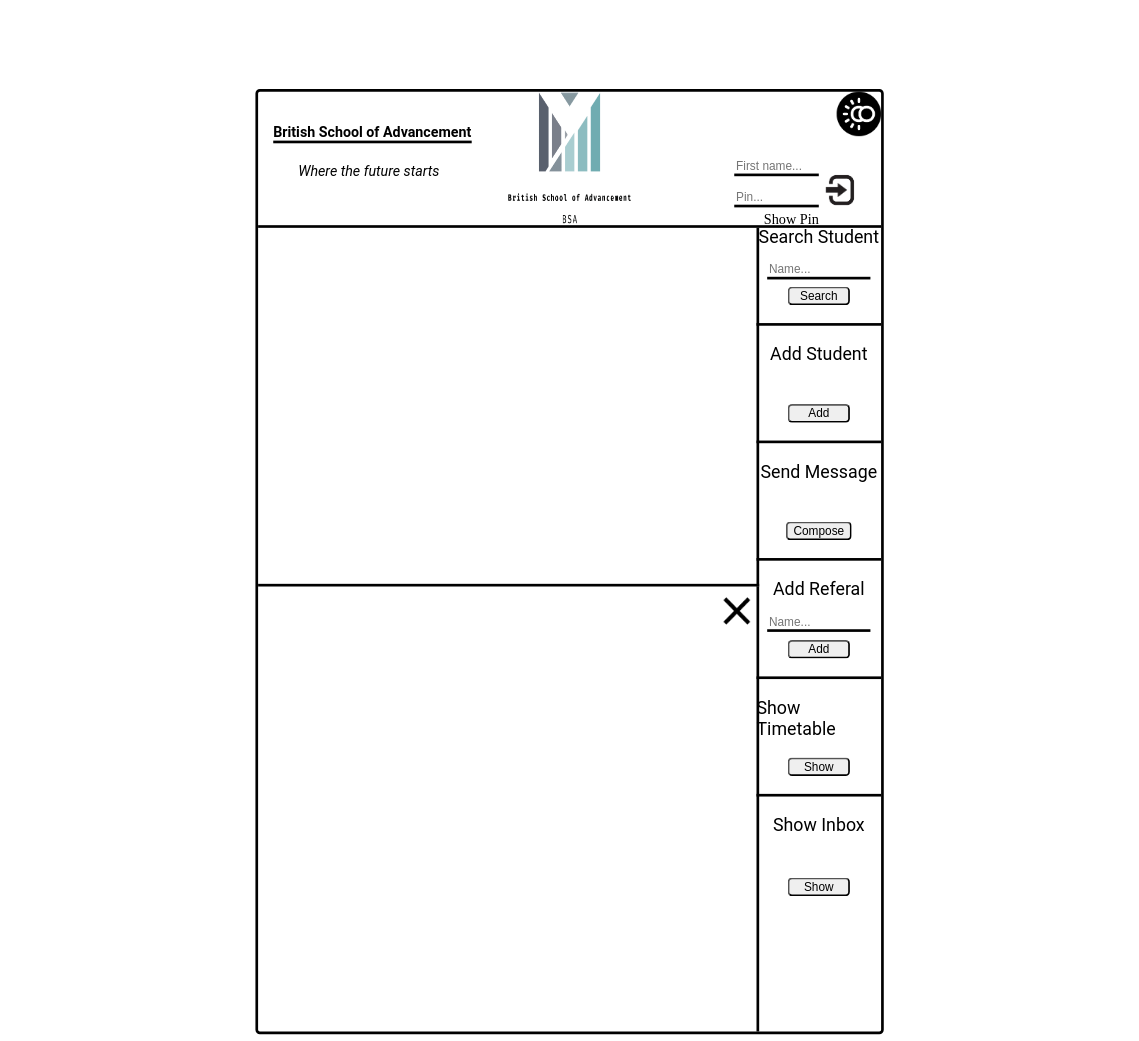
Repository: ghend99/Guardian-Application
Page: index.html
The author's editor kept a copy of each file at every save. The page is drawn from the files as they stood at one save, then again after the next save.
The browser window is 1280 px wide. The pictures show the whole page, at 89% of full size.

Above is the page before, as saved 2023-06-06 14:32:18.
Console error: ReferenceError: btnUpdateTimetableLink is not defined

### index.html
<!DOCTYPE html>
<html lang="en">
  <head>
    <meta charset="UTF-8" />
    <meta http-equiv="X-UA-Compatible" content="IE=edge" />
    <meta name="viewport" content="width=device-width, initial-scale=1.0" />
    <title>Document</title>
    <link rel="stylesheet" href="style.css" />
  </head>
  <body>
    <div id="main-container">
      <div id="header-container">
        <div id="header-container-left-section">
          <p id="header-school-name" class="page-headers">
            British School of Advancement
          </p>
          <p id="header-school-slogan" class="page-headers">
            Where the future starts
          </p>
        </div>
        <div id="header-container-middle-section">
          <img class="header-middle-section-logo" src="./images/logo.png" />
        </div>
        <div id="header-container-right-section">
          <input
            id="header-login-input-fullname"
            class="login-input-fullname login-input input"
            type="text"
            placeholder="First name..."
          />
          <input
            id="header-login-input-pin"
            class="login-input-pin login-input input"
            placeholder="Pin..."
            type="password"
          />
          <p id="show-pin-header">Show Pin</p>
          <img
            id="header-login-button"
            class="login-button"
            src="./images/login-button.png"
          />
          <img class="header-dark-mode-toggle" src="./images/dark-mode.png" />
          <img class="login-modal-open" src="./images/login.png" />
        </div>
      </div>
      <div id="sidebar-container">
        <div id="sidebar-link-container1" class="sidebar-link-container">
          <p class="sidebar-link-header page-headers">Search Student</p>
          <input class="sidebar-input input" placeholder="Name..." />
          <button class="sidebar-search-button submit-button">Search</button>
        </div>
        <div id="sidebar-link-container2" class="sidebar-link-container">
          <p class="sidebar-link-header page-headers">Add Student</p>
          <button id="add-student" class="sidebar-search-button submit-button">
            Add
          </button>
        </div>
        <div id="sidebar-link-container3" class="sidebar-link-container">
          <p class="sidebar-link-header page-headers">Send Message</p>
          <button
            id="compose-message-open"
            class="sidebar-search-button submit-button"
          >
            Compose
          </button>
        </div>
        <div id="sidebar-link-container4" class="sidebar-link-container">
          <p class="sidebar-link-header page-headers">Add Referal</p>
          <input
            id="add-referal-fullname"
            class="sidebar-input input"
            placeholder="Name..."
          />
          <button id="add-referal" class="sidebar-search-button submit-button">
            Add
          </button>
        </div>
        <div id="sidebar-link-container5" class="sidebar-link-container">
          <p class="sidebar-link-header page-headers">Show Timetable</p>
          <button
            id="timetable-open"
            class="sidebar-search-button submit-button"
          >
            Show
          </button>
        </div>
        <div id="sidebar-link-container6" class="sidebar-link-container">
          <p class="sidebar-link-header page-headers">Show Inbox</p>
          <button id="inbox-open" class="sidebar-search-button submit-button">
            Show
          </button>
        </div>
        <div id="sidebar-link-container7" class="sidebar-link-container">
          <p class="sidebar-link-header page-headers">Update Timetable</p>
          <button
            id="update-timetable"
            class="sidebar-search-button submit-button"
          >
            Show
          </button>
        </div>
      </div>
      <img class="sidebar-open" src="./images/menu.png" />

      <div id="student-information-container">
        <h1
          id="student-information-name-header"
          class="student-information page-headers"
        >
          Student Name:
        </h1>
        <h3 class="student-information student-information-general-header">
          General Information
        </h3>
        <p id="student-information-first-name" class="student-information">
          First Name:
        </p>
        <p id="student-information-last-name" class="student-information">
          Last Name:
        </p>
        <p id="student-information-year" class="student-information">
          Year Group:
        </p>
        <p id="student-information-referals" class="student-information">
          Referals:
        </p>
        <p id="password-reset" class="student-information">Reset Password</p>
      </div>

      <div id="student-management-container">
        <p class="student-management-heading"></p>
        <img id="student-management-close" src="./images/close.png" />
        <div id="timetable-container"></div>
        <div id="inbox-container">
          <div id="inbox-header">
            <p>Date</p>
            <p>Sender</p>
            <p>Reciever</p>
            <p>Subject</p>
            <p>Message</p>
          </div>
          <div id="inbox-line">
            <p></p>
            <p></p>
            <p></p>
            <p></p>
            <p></p>
          </div>
        </div>
      </div>
    </div>

    <div id="login-modal-container">
      <h1 class="login-modal-header modal-header page-headers">Login</h1>
      <img
        id="login-modal-close"
        class="modal-close"
        src="./images/close.png"
      />
      <input
        id="login-modal-fullname"
        class="login-input-fullname login-modal-input input"
        type="text"
        placeholder="Full name..."
      />
      <input
        id="login-modal-pin"
        class="login-input-pin login-modal-input input"
        type="number"
        placeholder="Pin..."
      />
      <p id="login-modal-show-pin">Show Pin</p>
      <input id="login-modal-submit" class="submit-button" type="submit" />
    </div>

    <div id="create-account-container">
      <p id="create-account-header" class="modal-header page-headers">
        Add Student Details
      </p>
      <img
        id="create-account-close"
        class="modal-close"
        src="./images/close.png"
      />
      <input
        id="create-account-first-name"
        class="create-account-input input"
        placeholder="First name..."
      />
      <input
        id="create-account-last-name"
        class="create-account-input input"
        placeholder="Last name..."
      />
      <input
        id="create-account-year"
        class="create-account-input input"
        placeholder="Year..."
      />
      <input
        id="create-account-pin"
        class="create-account-input input"
        placeholder="Year..."
      />

      <input
        id="create-account-repin"
        class="create-account-input input"
        placeholder="Year..."
      />
      <input id="create-account-submit" class="submit-button" type="submit" />
    </div>

    <div id="compose-message-container" class="">
      <p id="compose-message-header" class="modal-header">Compose Message</p>
      <img
        id="compose-message-close"
        class="modal-close"
        src="./images/close.png"
      />
      <input
        id="compose-message-reciever"
        class="compose-message-input input"
        type="text"
        placeholder="Reciever..."
      />
      <input
        id="compose-message-title"
        class="compose-message-input input"
        type="text"
        placeholder="Subject..."
      />
      <textarea
        id="compose-message-text-area"
        placeholder="Message..."
      ></textarea>
      <input id="compose-message-submit" class="submit-button" type="submit" />
    </div>

    <div id="password-reset-container">
      <p id="password-reset-header" class="modal-header page-headers">
        Pin Reset
      </p>
      <img
        id="password-reset-close"
        class="modal-close"
        src="./images/close.png"
      />
      <input
        id="password-reset-old"
        class="password-reset-input input"
        type="number"
        placeholder="Old Pin..."
      />
      <input
        id="password-reset-new"
        class="password-reset-input input"
        type="number"
        placeholder="New Pin..."
      />
      <input
        id="password-reset-new-retype"
        class="password-reset-input input"
        type="number"
        placeholder="New Pin..."
      />
      <input id="password-reset-submit" class="submit-button" type="submit" />
    </div>
    <script src="functions.js"></script>
    <script src="elements.js"></script>
    <script src="buttons.js"></script>
    <script src="message.js"></script>
    <script src="timetable.js"></script>
  </body>
</html>

### style.css
button {
  cursor: pointer;
}

.input {
  background-color: transparent;
  text-decoration: none;
  border: none;
  border-bottom: solid;
  outline: none;
}

.page-headers {
  font-family: "Roboto", Arial;
}

.modal-header {
  font-size: 30px;
  font-weight: bold;
  margin-top: 10px;
}

.dark-mode {
  background-color: black;
  color: white;
  border: solid;
  border-radius: 5px;
}

.input-dark-mode {
  color: white;
  border-color: white;
}

.button-dark-mode {
  color: white;
  background-color: black;
}

#main-container {
  position: relative;
  left: 50%;
  transform: translate(-50%);
  max-width: 50%;
  min-width: 700px;
  max-height: 1200px;
  min-height: 1000px;
  margin-top: 100px;
  border: solid;
  border-radius: 5px;
}

#header-container {
  display: grid;
  grid-template-columns: 1fr 1fr 1fr;
  grid-template-rows: 1fr;
  max-height: 200px;
  min-height: 150px;
  width: 100%;
  border-bottom: solid;
}

#header-school-name {
  position: absolute;
  top: 20px;
  left: 17px;
  font-size: clamp(1rem, 1vw, 2rem);
  font-weight: bold;
  border-bottom: solid;
}

#header-school-slogan {
  position: absolute;
  top: clamp(5%, 70px, 80px);
  left: clamp(45px, 5%, 70px);
  font-size: clamp(0.9rem, 1.5vw, 1rem);
  margin-top: 10px;
  font-style: italic;
}

#header-container-middle-section {
  display: flex;
  justify-content: center;
}

.header-middle-section-logo {
  width: 60%;
}

#header-login-input-fullname {
  position: absolute;
  top: 75px;
  width: 13%;
  right: 10%;
}

#header-login-input-pin {
  position: absolute;
  top: 110px;
  width: 13%;
  right: 10%;
}

#show-pin-header {
  position: absolute;
  top: 135px;
  right: 10%;
  margin: 0;
}

#header-login-button {
  position: absolute;
  width: 50px;
  right: 3%;
  top: 85px;
}

.header-dark-mode-toggle {
  position: absolute;
  width: 50px;
  top: 0;
  right: 0;
  cursor: pointer;
}

.login-modal-open {
  display: none;
}

#sidebar-container {
  position: absolute;
  display: grid;
  grid-template-columns: 1fr;
  grid-template-rows: 1fr 1fr 1fr 1fr 1fr 1fr 1fr;
  right: 0;
  bottom: 0;
  max-width: 30%;
  min-width: 20%;
  max-height: 1000px;
  min-height: 925px;
}

#sidebar-link-container1 {
  justify-content: center;
}

#sidebar-link-container6 {
  border-bottom: none;
}

#sidebar-link-container7 {
  display: none;
}

.sidebar-link-container {
  position: relative;
  display: flex;
  justify-content: center;
  border-bottom: solid;
}

.sidebar-link-header {
  position: absolute;
  font-size: 20px;
}

.sidebar-input {
  position: absolute;
  margin-top: 60px;
  width: 80%;
}

.sidebar-search-button {
  position: absolute;
  max-width: 75%;
  min-width: 70px;
  bottom: 20px;
  border-radius: 5px;
}

.sidebar-open {
  position: absolute;
  width: 50px;
  right: 0;
  top: 155px;
  display: none;
}

#student-information-container {
  max-height: 800px;
  min-height: 400px;
  max-width: 80%;
  min-width: 50%;
  border-bottom: solid;
  border-right: solid;
}

#student-information-name-header {
  font-size: 30px;
  font-weight: bold;
  border-bottom: solid;
  width: fit-content;
  margin-left: 30px;
  margin-top: 0;
}

.student-information {
  margin-left: 40px;
  display: none;
}

.student-information-general-header {
  font-size: 24px;
  font-weight: bold;
  padding-left: 40px;
}

#password-reset {
  border-bottom: solid;
  font-weight: bold;
  width: fit-content;
  cursor: pointer;
}

#student-management-container {
  max-width: 80%;
  min-width: 50%;
  max-height: 600px;
  min-height: 500px;
  border-right: solid;
}

.student-management-heading {
  display: inline-block;
  font-size: 30px;
  margin: 0;
  margin-left: 20px;
  width: fit-content;
}

#student-management-close {
  position: absolute;
  bottom: 43.3%;
  right: 21%;
  width: 30px;
  cursor: pointer;
}

#timetable-container {
  position: relative;
  display: grid;
  grid-gap: 1em;
  grid-template-rows: repeat(var(--grid-rows), 1fr);
  grid-template-columns: repeat(var(--grid-cols), 1fr);
  /* top: 50px; */
  overflow: scroll;
  max-height: 90%;
  min-height: 466px;
  /* max-width: 99.6%;
  min-width: 250px; */
  display: none;
}

:root {
  --grid-cols: 1;
  --grid-rows: 1;
}

.grid-item {
  padding: 1em;
  border: 1px solid #ddd;
  text-align: center;
}

#timetable-input {
  width: 100px;
}

#inbox-container {
  max-height: 90%;
  min-height: 466px;
  max-width: 99.6%;
  min-width: 250px;
  display: none;
}

#inbox-header {
  position: relative;
  display: grid;
  grid-template-columns: 1fr 1fr 1fr 1fr 1fr;
  grid-template-rows: 1fr;
  width: 100%;
  height: 50px;
  /* background-color: aqua; */
  overflow-y: auto;
  font-family: "Roboto", Arial;
}

#inbox-line {
  position: relative;
  display: grid;
  grid-template-columns: 1fr 1fr 1fr 1fr 1fr;
  grid-template-rows: 1fr;
  row-gap: 20px;
  width: 100%;
  height: 50px;
  /* background-color: darkorange; */
  overflow-y: auto;
  font-family: "EB Garamond", Arial;
}

#login-modal-container,
#create-account-container,
#compose-message-container,
#password-reset-container {
  position: absolute;
  left: 50%;
  top: 30%;
  transform: translate(-50%);
  text-align: center;
  border: solid;
  border-radius: 5px;
  display: none;
}

#login-modal-container {
  max-width: 40%;
  min-width: 300px;
  max-height: 400px;
  min-height: 300px;
  text-align: center;
  border: solid;
  border-radius: 5px;
  display: none;
  background-color: whitesmoke;
  cursor: pointer;
}

#login-modal-fullname {
  position: absolute;
  top: 120px;
  left: 50px;
}

#login-modal-pin {
  position: absolute;
  top: 170px;
  left: 50px;
}

#login-modal-show-pin {
  position: absolute;
  top: 200px;
  left: 50px;
  margin: 0;
  font-size: 14px;
  cursor: pointer;
}

#login-modal-submit {
  left: 15%;
}

#login-modal-submit,
#create-account-submit,
#compose-message-submit,
#password-reset-submit {
  position: absolute;
  bottom: 20px;
  max-height: 60px;
  min-height: 30px;
  max-width: 20%;
  min-width: 200px;
}

#create-account-container {
  max-width: 60%;
  min-width: 400px;
  max-height: 600px;
  min-height: 500px;
}

.create-account-input,
.compose-message-input,
.password-reset-input {
  position: absolute;
  left: 30px;
}

#create-account-first-name {
  top: 80px;
}

#create-account-last-name {
  top: 150px;
}

#create-account-year {
  top: 220px;
}

#create-account-pin {
  top: 290px;
}

#create-account-submit {
  left: 25%;
}

#create-account-repin {
  position: absolute;
  top: 360px;
  left: 30px;
}

#compose-message-container {
  max-width: 60%;
  min-width: 400px;
  max-height: 600px;
  min-height: 500px;
}

.modal-close {
  position: absolute;
  width: 30px;
  right: 0;
  top: 0;
  cursor: pointer;
}

#compose-message-reciever {
  top: 80px;
}

#compose-message-title {
  top: 130px;
}

#compose-message-text-area {
  position: absolute;
  top: 35%;
  left: 30px;
  max-height: 80%;
  min-height: 230px;
  max-width: 100%;
  min-width: 280px;
}

#compose-message-submit {
  left: 25%;
}

#password-reset-container {
  max-width: 40%;
  min-width: 300px;
  max-height: 400px;
  min-height: 300px;
}

#password-reset-new {
  top: 120px;
}

#password-reset-new-retype {
  top: 165px;
}

#password-reset-submit {
  left: 17%;
}

@media screen and (min-width: 0) and (max-width: 720px) {
  #main-container {
    max-width: 600px;
    min-width: 300px;
  }

  #header-container {
    grid-template-columns: 1fr 1fr;
  }

  .header-middle-section-logo,
  #header-login-input-fullname,
  #header-login-input-pin,
  #show-pin-header,
  #header-login-button {
    display: none;
  }

  .login-modal-open {
    position: absolute;
    display: block;
    right: 0;
    top: 100px;
    width: 50px;
  }

  #sidebar-container {
    display: none;
  }

  .sidebar-link-header {
    font-size: 12px;
  }

  .sidebar-open {
    display: block;
  }

  .student-information-name-header {
    margin-left: 15px;
  }

  .student-information-general-header {
    margin-left: 25px;
    padding: 0;
  }

  .student-information {
    margin-left: 28px;
  }
}

### buttons.js
btnDarkModeToggle.addEventListener("click", function (e) {
  e.preventDefault();
  if (darkMode === false) {
    darkModeToggle();
  } else {
    lightModeToggle();
  }
});

btnAddStudentOpen.addEventListener("click", function (e) {
  e.preventDefault();
  addStudentContainer.style.display = "block";
  mainContainer.style.filter = "blur(3px)";
});

btnAddStudentClose.addEventListener("click", function (e) {
  e.preventDefault();
  addStudentContainer.style.display = "none";
  mainContainer.style.filter = "blur(0px)";
});

btndAddStudentSubmit.addEventListener("click", function (e) {
  e.preventDefault();
  createStudent();
  addStudentFirstNameInput.value = "";
  addStudentLastNameInput.value = "";
  addStudentYearInput.value = "";
  addStudentPinInput.value = "";
  addStudentRePinInput.value = "";
});

btnLoginHeader.addEventListener("click", function (e) {
  e.preventDefault();
  login();
  studentInformation.forEach((e) => {
    e.style.display = "block";
    inboxContainer.style.display = "none";
    inboxLine.innerHTML = "";
  });
});

btnLoginModalOpen.addEventListener("click", function (e) {
  e.preventDefault();
  loginContainer.style.display = "block";
  mainContainer.style.filter = "blur(3px)";
});

btnLoginModalClose.addEventListener("click", function (e) {
  e.preventDefault();
  loginContainer.style.display = "none";
  mainContainer.style.filter = "blur(0px)";
});

btnLoginModalSubmit.addEventListener("click", function (e) {
  e.preventDefault();
  loginModal();
  studentInformation.forEach((e) => {
    e.style.display = "block";
  });
  loginContainer.style.display = "none";
});

btnComposeMessageOpen.addEventListener("click", function (e) {
  e.preventDefault();
  if (currentAccount === undefined) {
    alert("You need to login first");
  } else {
    composeMessageContainer.style.display = "block";
    mainContainer.style.filter = "blur(3px)";
  }
});

btnComposeMessageClose.addEventListener("click", function (e) {
  composeMessageContainer.style.display = "none";
  mainContainer.style.filter = "blur(0px)";
});

btnComposeMessageSubmit.addEventListener("click", function (e) {
  e.preventDefault();
  sendMessage();
});

btnInboxOpen.addEventListener("click", function (e) {
  e.preventDefault();
  timetableContainer.style.display = "none";
  inboxContainer.style.display = "block";
});

btnTimetableOpen.addEventListener("click", function (e) {
  e.preventDefault();
  inboxContainer.style.display = "none";
  timetableContainer.style.display = "grid";
  UpdateTimetableLinkContainer.style.display = "block";
});

btnStudentManagementClose.addEventListener("click", function (e) {
  timetableContainer.style.display = "none";
  inboxContainer.style.display = "none";
});

### message.js
const sendMessage = function () {
  const message = composeMessageText.value;
  const subject = composeMessageSubject.value;
  const reciever = composeMessageReciever.value;
  const target = students.find((stu) => stu.fullName === `${reciever}`);
  const date = new Date(Date.now()).toLocaleString();
  console.log(date);
  console.log(message, subject, reciever, target);
  if (target === undefined) {
    alert("Not a valid message reciercer");
  } else {
    target.inbox.push(message);
    target.from.push(currentAccount.fullName);
    target.subject.push(subject);
    target.date.push(date);
    // currentAccount.sent.push(message);
    // currentAccount.date.push(date);
    composeMessageReciever.value = "";
    composeMessageText.value = "";
    composeMessageSubject.value = "";
    localStorage.setItem("students", JSON.stringify(students));
    alert("Message Sent");
    // updateInbox(target, currentAccount, message, subject);
  }
};

// const updateInbox = function (target, currentAccount, message, subject) {
//   const html = ` <div id="inbox-line">
//   <p>${new Date(Date.now()).toLocaleString()}</p>
//   <p>${currentAccount.fullName}</p>
//   <p>${target.fullName}</p>
//   <p>${subject}</p>
//   <p>${message}</p>
// </div>
//   `;
//   inboxLine.insertAdjacentHTML("beforebegin", html);
// };

const updateInboxLoad = function (target) {
  getStudentsLocalStorage();
  for (let i = 0; i < currentAccount.inbox.length; i++) {
    const html = `<div id="inbox-line">
  <p>${currentAccount.date[i]}</p>
  <p>${currentAccount.from[i]}</p>
  <p>${currentAccount.fullName}</p>
  <p>${currentAccount.subject[i]}</p>
  <p>${currentAccount.inbox[i]}</p>
</div>
  `;
    inboxLine.insertAdjacentHTML("beforebegin", html);
  }
};
// updateInboxLoad();

Loaded but not shown: timetable.js (233 lines, source omitted); functions.js (216 lines, source omitted); elements.js (94 lines, source omitted)

After the next save:
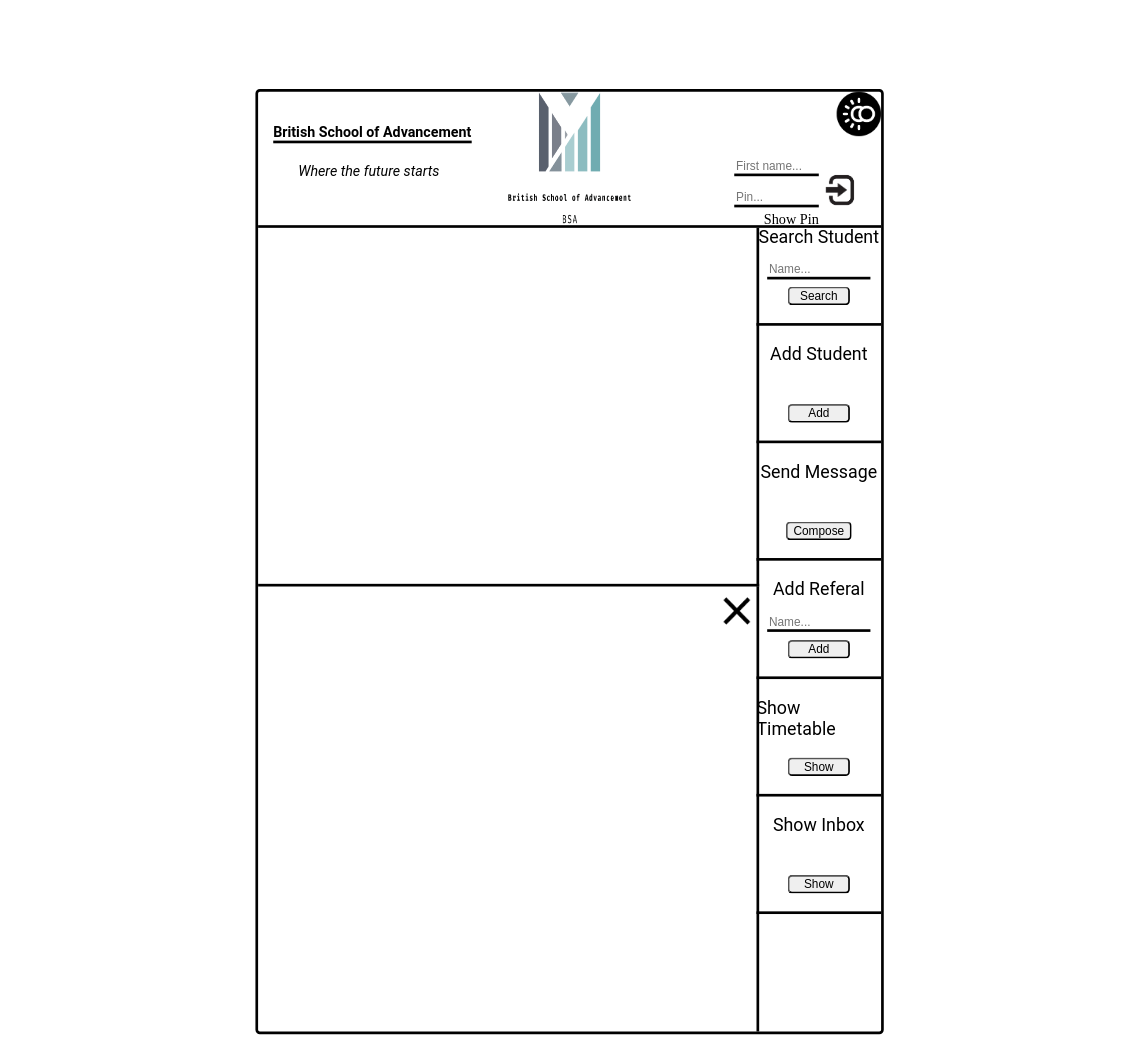
Saved 10 s later.
--- a/style.css
+++ b/style.css
@@ -144,9 +144,9 @@ button {
   justify-content: center;
 }
 
-#sidebar-link-container6 {
+/* #sidebar-link-container6 {
   border-bottom: none;
-}
+} */
 
 #sidebar-link-container7 {
   display: none;
